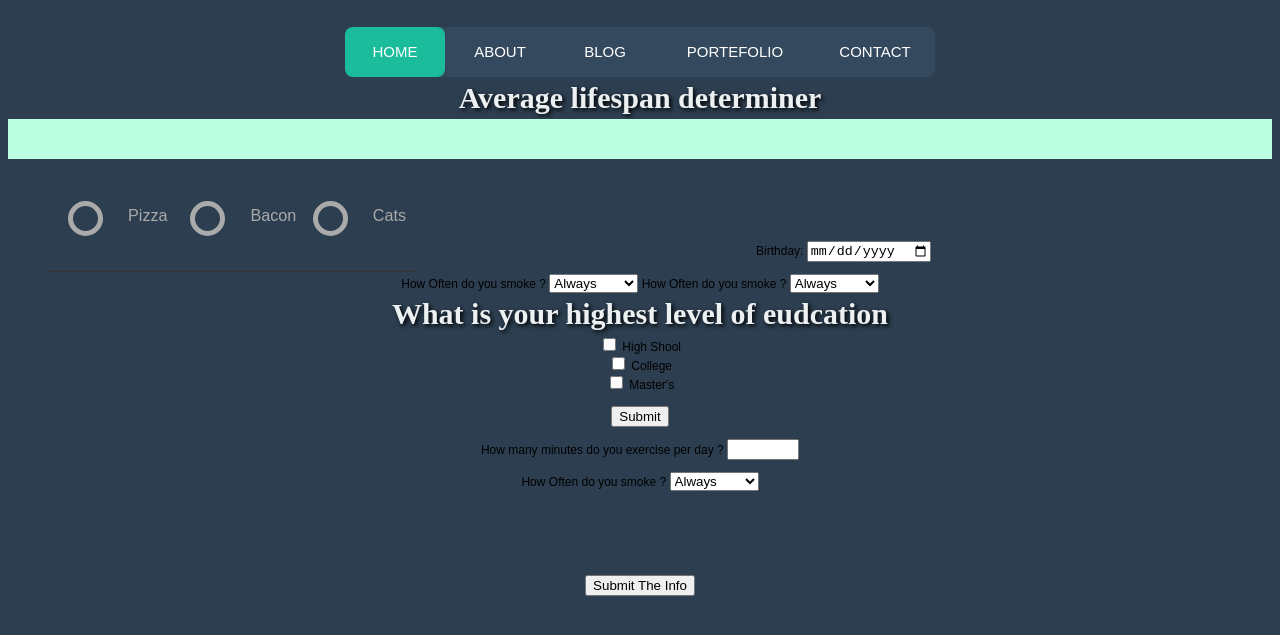
Repository: navid-amini12/capstone-1
Page: wordgame.html
An editor plug-in stored every save of this project. The page is shown before and after the next save, followed by the edit.
The browser window is 1280 px wide. The pictures show the whole page.

Above is the page before, as saved 2022-06-01 11:33:12.

### wordgame.html


  <link rel="stylesheet" type="text/css" href="Life.css">






 <div class = "container">

   <div class = "element">


<!-- NAVATION STARTING  -->

<nav class ="mynavigation">
  <a href="#">Home</a>
  <a href="#">About</a>
  <a href="#">Blog</a>
  <a href="#">Portefolio</a>
  <a href="#">Contact</a>
  <div class="animation start-home"></div>
</nav>
  <!-- NAVIGATION ENDING -->
    <h1>Average lifespan determiner</h1>







    <div class="alert">
    </div>

    <div class="container">


      <ul>
      <li>
        <input type="radio" id="f-option" name="selector">
        <label for="f-option">Pizza</label>

        <div class="check"></div>
      </li>

      <li>
        <input type="radio" id="s-option" name="selector">
        <label for="s-option">Bacon</label>

        <div class="check"><div class="inside"></div></div>
      </li>

      <li>
        <input type="radio" id="t-option" name="selector">
        <label for="t-option">Cats</label>

        <div class="check"><div class="inside"></div></div>
      </li>
    </ul>
    </div>

    <div class="signature">
    </div>


















  <div class = "left"><form action="/action_page.php">
    <label for="birthday">Birthday:</label>
    <input type="date" id="birthday" name="birthday">

  </form>

<label for="cars">How Often do you smoke ?</label>

<select id="questions">
<option value="volvo">Always</option>
<option value="saab">Often</option>
<option value="opel">Sometimes</option>
<option value="audi">Rarely</option>
<option value="audi">Never</option>
</select>

<label for="cars">How Often do you smoke ?</label>

<select id="questions">
<option value="volvo">Always</option>
<option value="saab">Often</option>
<option value="opel">Sometimes</option>
<option value="audi">Rarely</option>
<option value="audi">Never</option>
</select>

<h1>What is your highest level of eudcation</h1>

<form id = "checkbox1">
<input type="checkbox" id="vehicle1" name="vehicle1" value="Bike">
<label for="vehicle1"> High Shool</label><br>
<input type="checkbox" id="vehicle2" name="vehicle2" value="Car">
<label for="vehicle2"> College</label><br>
<input type="checkbox" id="vehicle3" name="vehicle3" value="Boat">
<label for="vehicle3"> Master's</label><br><br>
<input type="submit" value="Submit">
</form>

<form>
  <label for="quantity">How many minutes do you exercise per day ? </label>
  <input type="number" id="quantity" name="quantity" min="0" max="1000">
</form>




<label for="cars">How Often do you smoke ?</label>

<select id="myquestions">
<option value="always">Always</option>
<option value="often">Often</option>
<option value="sometimes">Sometimes</option>
<option value="rarely">Rarely</option>
<option value="never">Never</option>
</select>
<br>
<br>
<br>
<br>


<br>
<br>
<br>
<button id = "submitInfo">Submit The Info</button></div>





<!-- <input id = "submitInfo" type="button" value = "Submit Info" onclick="alert('Submitting INfo');" /></div> -->

  </div>



  <!-- <input id = "submitInfo" type="button" value = "Submit Info" onclick="alert('Submitting INfo');" /> -->


















  <body class="container">
    <ul id="people" class=""></ul>


    <script src="https://unpkg.com/axios/dist/axios.min.js"></script>
    <script>

      document.getElementById("submitInfo").onclick = function () {
        axios
          .get("http://localhost:4000/api/users")
          .then(function (response) {
            var e = document.getElementById("myquestions");
            var strUser = e.options[e.selectedIndex].text;


            var x = document.getElementById("vehicle1").value;




     if (strUser == "Never") {

         alert(x)



       alert( document.getElementById("people").innerHTML = response.data[0] )

    }
          })


          .catch(function (err) {
            document.getElementById("people").innerHTML =
              '<li class="text-danger">' + err.message + "</li>";
          });
      };
    </script>

### Life.css





ul li{
  color: #AAAAAA;
  display: block;
  position: relative;
  float: left;
  width: 10%;
  height: 100px;
	border-bottom: 1px solid #333;
}

ul li input[type=radio]{
  position: absolute;
  visibility: hidden;
}

ul li label{
  display: block;
  position: relative;
  font-weight: 300;
  font-size: 1.35em;
  padding: 25px 25px 25px 80px;
  margin: 10px auto;
  height: 30px;
  z-index: 9;
  cursor: pointer;
  -webkit-transition: all 0.25s linear;
}

ul li:hover label{
	color: #FFFFFF;
}

ul li .check{
  display: block;
  position: absolute;
  border: 5px solid #AAAAAA;
  border-radius: 100%;
  height: 25px;
  width: 25px;
  top: 30px;
  left: 20px;
	z-index: 5;
	transition: border .25s linear;
	-webkit-transition: border .25s linear;
}

ul li:hover .check {
  border: 5px solid #FFFFFF;
}

ul li .check::before {
  display: block;
  position: absolute;
	content: '';
  border-radius: 100%;
  height: 15px;
  width: 15px;
  top: 5px;
	left: 5px;
  margin: auto;
	transition: background 0.25s linear;
	-webkit-transition: background 0.25s linear;
}

input[type=radio]:checked ~ .check {
  border: 5px solid #0DFF92;
}

input[type=radio]:checked ~ .check::before{
  background: #0DFF92;
}

input[type=radio]:checked ~ label{
  color: #0DFF92;
}

.signature {
	margin: 10px auto;
	padding: 10px 0;
	width: 100%;
}

.signature p{
	text-align: center;
	font-family: Helvetica, Arial, Sans-Serif;
	font-size: 0.85em;
	color: #AAAAAA;
}

.signature .much-heart{
	display: inline-block;
	position: relative;
	margin: 0 4px;
	height: 10px;
	width: 10px;
	background: #AC1D3F;
	border-radius: 4px;
	-ms-transform: rotate(45deg);
    -webkit-transform: rotate(45deg);
    transform: rotate(45deg);
}

.signature .much-heart::before,
.signature .much-heart::after {
	  display: block;
  content: '';
  position: absolute;
  margin: auto;
  height: 10px;
  width: 10px;
  border-radius: 5px;
  background: #AC1D3F;
  top: -4px;
}

.signature .much-heart::after {
	bottom: 0;
	top: auto;
	left: -4px;
}

.signature a {
	color: #AAAAAA;
	text-decoration: none;
	font-weight: bold;
}


/* Styles for alert...
by the way it is so weird when you look at your code a couple of years after you wrote it XD */

.alert {
	box-sizing: border-box;
	background-color: #BDFFE1;
	width: 100%;
	position: relative;
	top: 0;
	left: 0;
	z-index: 300;
	padding: 20px 40px;
	color: #333;
}

.alert h2 {
	font-size: 22px;
	color: #232323;
	margin-top: 0;
}

.alert p {
	line-height: 1.6em;
	font-size:18px;
}

.alert a {
	color: #232323;
	font-weight: bold;
}











/* startin of navtation css */

.left {
  margin-top: 50px;
  text-align: center;
}






nav {
  margin: 27px auto 0;

  position: relative;
  width: 590px;
  height: 50px;
  background-color: #34495e;
  border-radius: 8px;
  font-size: 0;
}
nav a {
  line-height: 50px;
  height: 100%;
  font-size: 15px;
  display: inline-block;
  position: relative;
  z-index: 1;
  text-decoration: none;
  text-transform: uppercase;
  text-align: center;
  color: white;
  cursor: pointer;
}
nav .animation {
  position: absolute;
  height: 100%;
  top: 0;
  z-index: 0;
  transition: all .5s ease 0s;
  border-radius: 8px;
}
a:nth-child(1) {
  width: 100px;
}
a:nth-child(2) {
  width: 110px;
}
a:nth-child(3) {
  width: 100px;
}
a:nth-child(4) {
  width: 160px;
}
a:nth-child(5) {
  width: 120px;
}
nav .start-home, a:nth-child(1):hover~.animation {
  width: 100px;
  left: 0;
  background-color: #1abc9c;
}
nav .start-about, a:nth-child(2):hover~.animation {
  width: 110px;
  left: 100px;
  background-color: #e74c3c;
}
nav .start-blog, a:nth-child(3):hover~.animation {
  width: 100px;
  left: 210px;
  background-color: #3498db;
}
nav .start-portefolio, a:nth-child(4):hover~.animation {
  width: 160px;
  left: 310px;
  background-color: #9b59b6;
}
nav .start-contact, a:nth-child(5):hover~.animation {
  width: 120px;
  left: 470px;
  background-color: #e67e22;
}

body {
  font-size: 12px;
  font-family: sans-serif;
  background: #2c3e50;
}
h1 {
  text-align: center;
  margin: 40px 0 40px;
  text-align: center;
  font-size: 30px;
  color: #ecf0f1;
  text-shadow: 2px 2px 4px #000000;
  font-family: 'Cherry Swash', cursive;
}

p {
    position: absolute;
    bottom: 20px;
    width: 100%;
    text-align: center;
    color: #ecf0f1;
    font-family: 'Cherry Swash',cursive;
    font-size: 16px;
}

span {
    color: #2BD6B4;
}




/* Navigation  */

/*
@import url('https://fonts.googleapis.com/css?family=Lobster&display=swap') repeat scroll 0 0 rgba(0, 0, 0 , 0);

body {
  background: #fff;
}

.title {
  font-size: 2.5rem;
  font-family: 'Lobster', cursive;
}

.container {
  animation: scroll 70s linear infinite;
  background: url("https://images.unsplash.com/photo-1465146633011-14f8e0781093?ixlib=rb-1.2.1&ixid=eyJhcHBfaWQiOjEyMDd9&auto=format&fit=crop&w=3450&q=80"), #111111;
  color: #eee;
  height: 100vh;
  min-width: 360px;
  width: 100%;
  display: flex;
  justify-content: center;
  align-items: center;
  perspective: 1000px;
  perspective-origin: 50% 50%;

}

@keyframes scroll {
   100%{
    background-position:0px -3000px;
  }
}

@media (prefers-reduced-motion) {
  .container {
    animation: scroll 200s linear infinite;
  }
}

@media (min-width: 670px) {
  .title {
    font-size: 5rem;
  }
}

#modalContainer {
  background-color:rgba(0, 0, 0, 0.3);
  position:absolute;
  top:0;
  width:100%;
  height:100%;
  left:0px;
  z-index:10000;
  background-image:url(tp.png); /* required by MSIE to prevent actions on lower z-index elements */
}

#alertBox {
  position:relative;
  width:33%;
  min-height:20%;
  max-height:35%;
  margin-top:50px;
  border:1px solid #fff;
  background-color:#fff;
  background-repeat:no-repeat;
  top:30%;
}

#modalContainer > #alertBox {
  position:fixed;
}

#alertBox h1 {
  margin:0;
  font:bold 1em Raleway,arial;
  background-color:#f97352;
  color:#FFF;
  border-bottom:1px solid #f97352;
  padding:10px 0 10px 5px;
}


#alertBox #closeBtn {
  display:block;
  position:relative;
  margin:100px auto 100px auto;
  padding:7px;
  border:0 none;
  width:70px;
  text-transform:uppercase;
  text-align:center;
  color:#FFF;
  background-color:#f97352;
  border-radius: 0px;
  text-decoration:none;
  outline:0!important;
}

/* unrelated styles */

#mContainer {
  position:relative;
  width:600px;
  margin:auto;
  padding:5px;
  border-top:2px solid #fff;
  border-bottom:2px solid #fff;
}

h1,h2 {
  margin:0;
  padding:4px;
}

code {
  font-size:1.2em;
  color:#069;
}

#credits {
  position:relative;
  margin:25px auto 0px auto;
  width:350px;
  font:0.7em verdana;
  border-top:1px solid #000;
  border-bottom:1px solid #000;
  height:90px;
  padding-top:4px;
}

#credits img {
  float:left;
  margin:5px 10px 5px 0px;
  border:1px solid #000000;
  width:80px;
  height:79px;
}

.important {
  background-color:#F5FCC8;
  padding:2px;

}

@media (max-width: 600px)
{
  #alertBox {
  position:relative;
  width:90%;
  top:30%;
}


 */

After the next save:
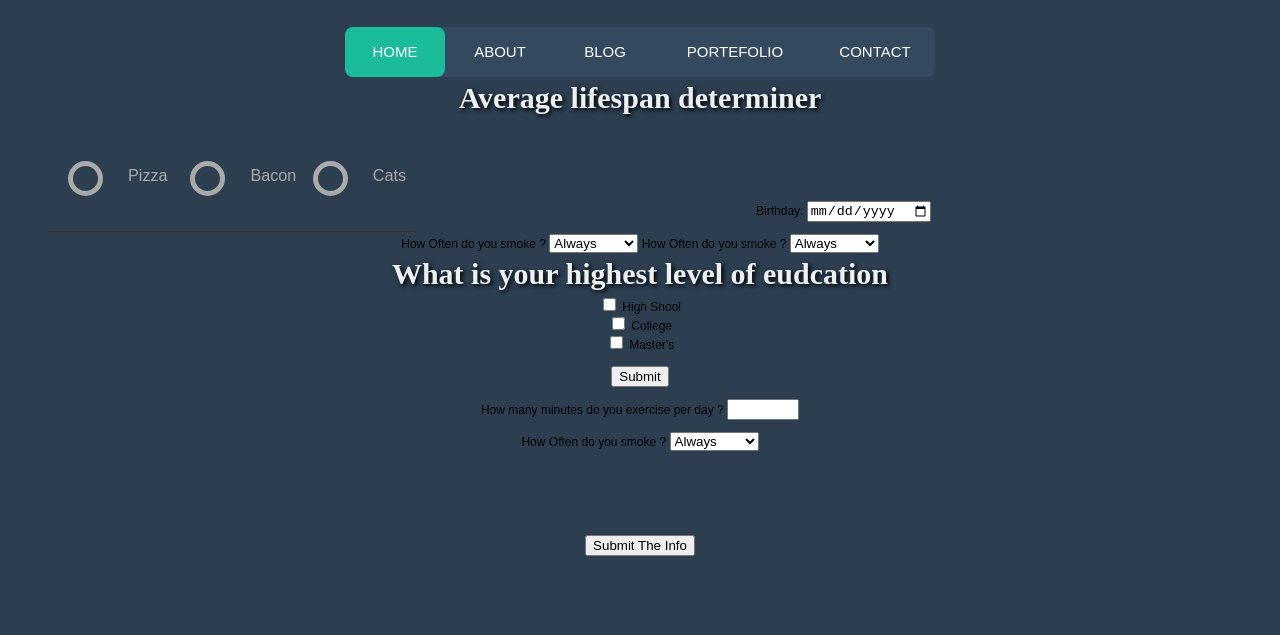
Saved 39 s later.
--- a/Life.css
+++ b/Life.css
@@ -133,36 +133,6 @@ input[type=radio]:checked ~ label{
 
 /* Styles for alert...
 by the way it is so weird when you look at your code a couple of years after you wrote it XD */
-
-.alert {
-	box-sizing: border-box;
-	background-color: #BDFFE1;
-	width: 100%;
-	position: relative;
-	top: 0;
-	left: 0;
-	z-index: 300;
-	padding: 20px 40px;
-	color: #333;
-}
-
-.alert h2 {
-	font-size: 22px;
-	color: #232323;
-	margin-top: 0;
-}
-
-.alert p {
-	line-height: 1.6em;
-	font-size:18px;
-}
-
-.alert a {
-	color: #232323;
-	font-weight: bold;
-}
-
-
 
 
 
